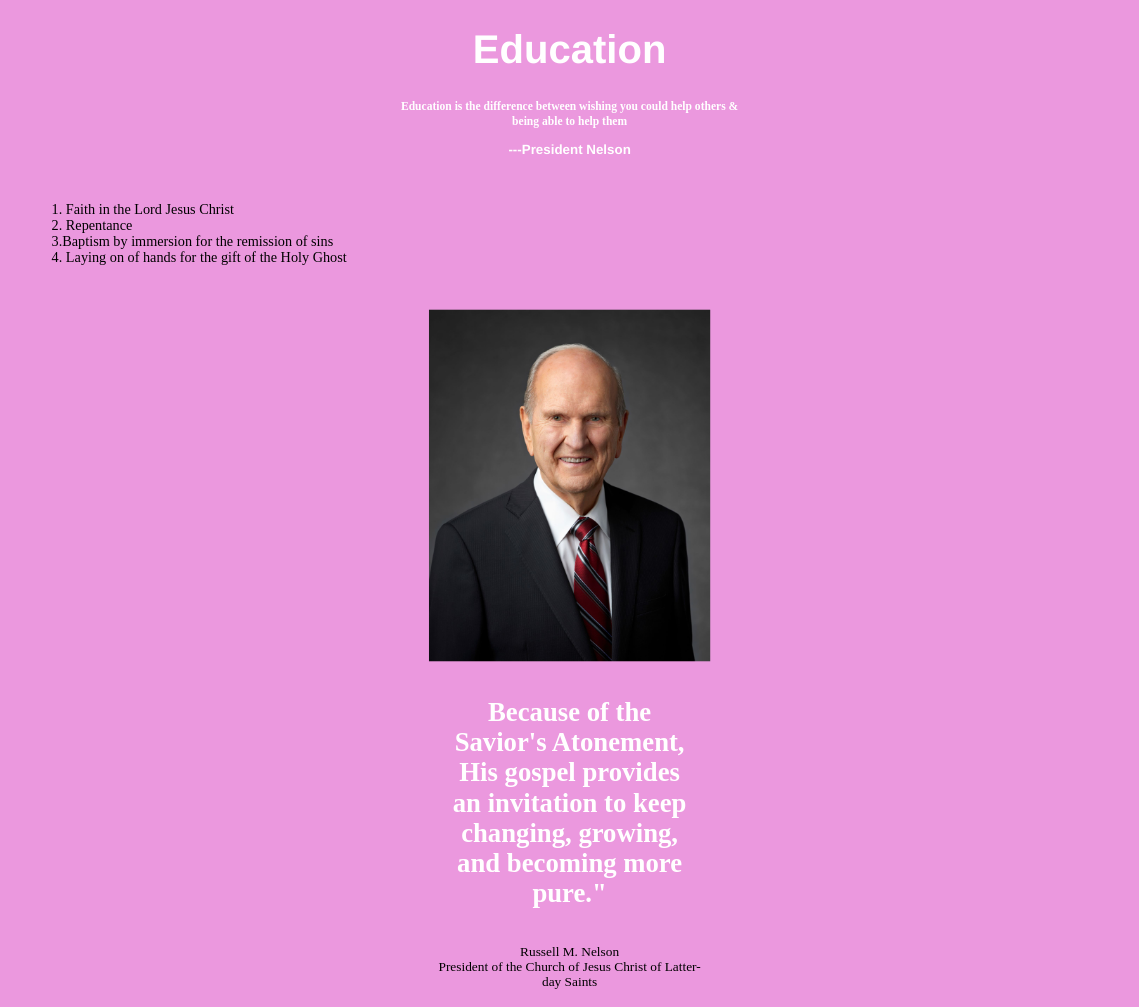
Repository: mszakutumela/wdd130
Page: W04_Challenge/index.html
The author's editor kept a copy of each file at every save. The page is drawn from the files as they stood at one save, then again after the next save.
The browser window is 1280 px wide. The pictures show the whole page, at 89% of full size.

Above is the page before, as saved 2023-06-05 13:09:25.

After the next save:
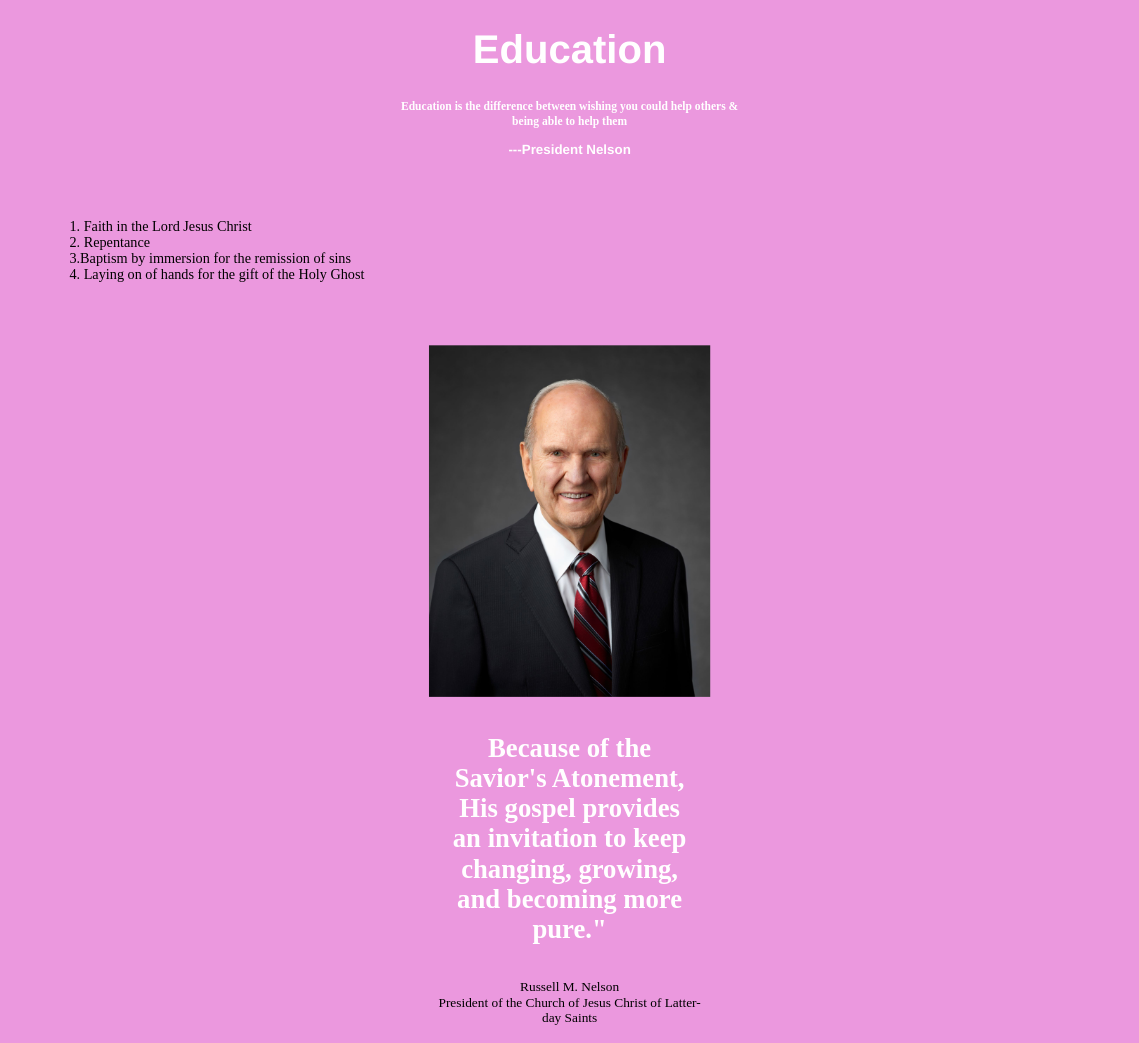
Saved 10 s later.
--- a/W04_Challenge/styles/styles.css
+++ b/W04_Challenge/styles/styles.css
@@ -26,7 +26,7 @@
 }
 p {
     color: black;
-    margin: 50px;
+    margin: 70px;
     /* text-align: center;   */
 }
 h4 {
